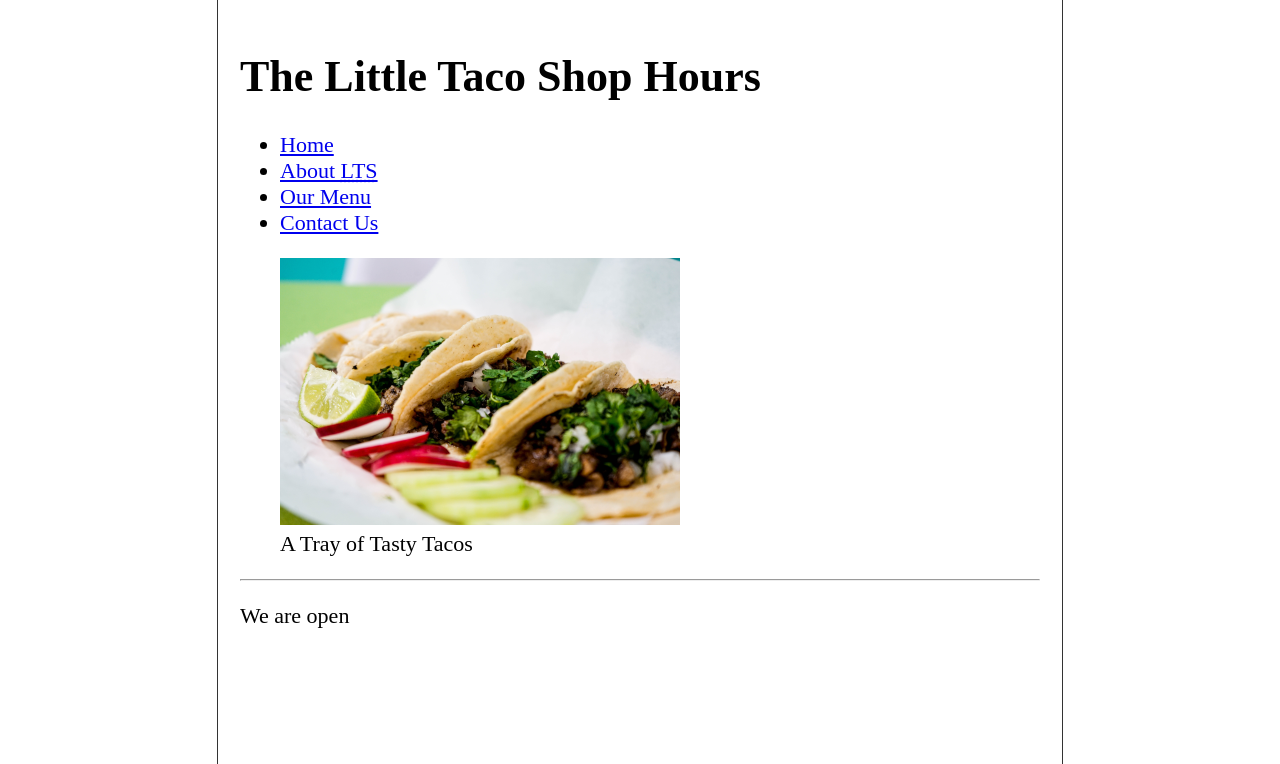
Repository: JavaProgrammerFromEastEurope/project-html-full-tutorial
Page: 10_lesson/hours.html
An editor plug-in stored every save of this project. The page is shown before and after a run of saves, followed by the edit.
The browser window is 1280 px wide. The pictures show the whole page.

Above is the page before, as saved 2023-04-07 05:36:33.

After the next 2 saves:
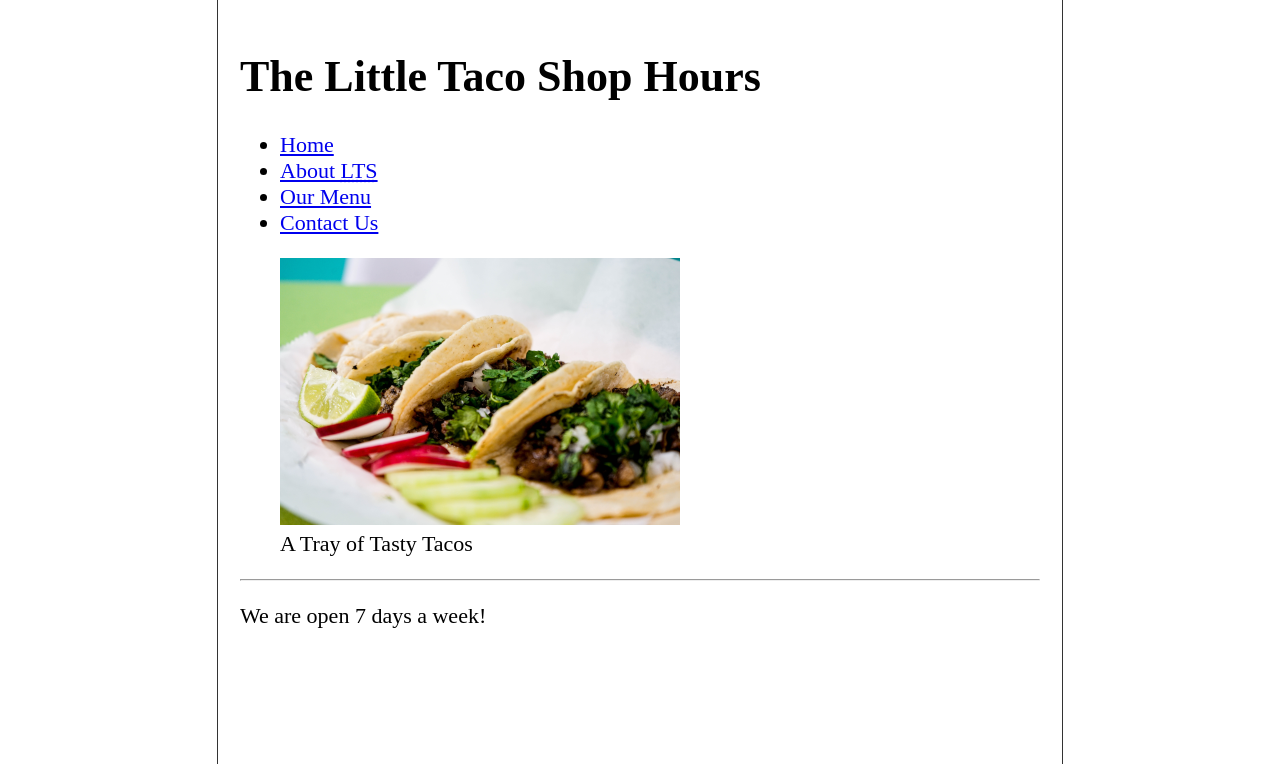
The 2 saves are shown as one change because they came seconds apart.
The last was saved 9 s later.
--- a/10_lesson/hours.html
+++ b/10_lesson/hours.html
@@ -38,8 +38,9 @@
 		<hr>
 		<main>
 			<p>
-				We are open
+				We are open 7 days a week!
 			</p>
+			<dl></dl>
 		</main>
   </body>
 </html>
